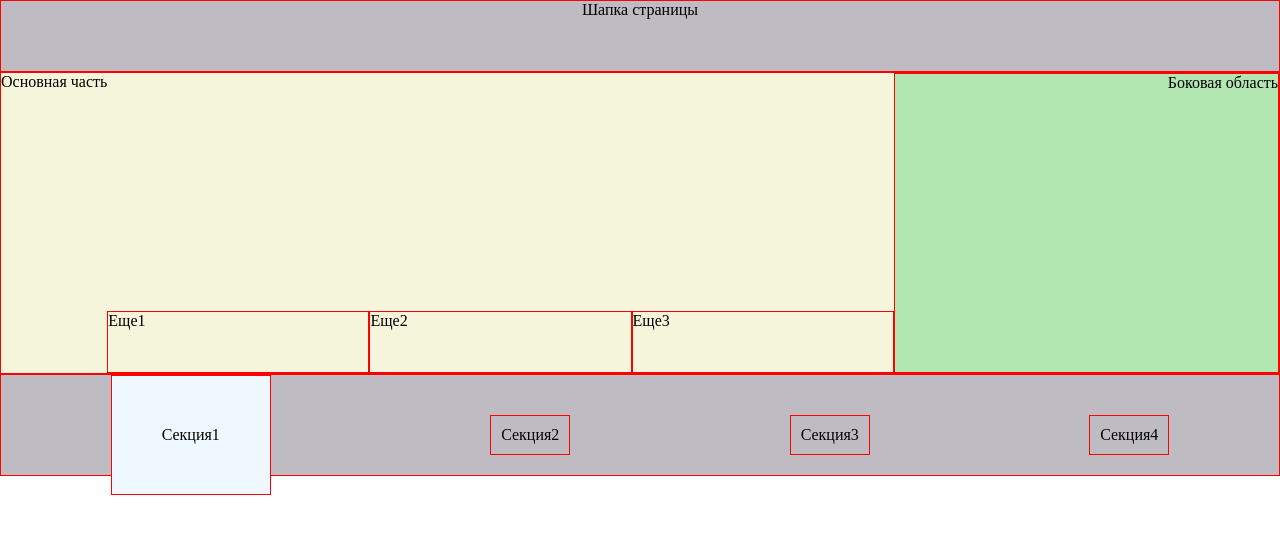
Repository: IrinaGetmanenko/week5
Page: week5/index.html
The author's editor kept a copy of each file at every save. The page is drawn from the files as they stood at one save, then again after the next save.
The browser window is 1280 px wide. The pictures show the whole page.

Above is the page before, as saved 2022-08-28 19:59:35.

### week5/index.html
<!DOCTYPE html>
<html lang="en">
<head>
    <meta charset="UTF-8">
    <meta http-equiv="X-UA-Compatible" content="IE=edge">
    <meta name="viewport" content="width=device-width, initial-scale=1.0">
    <link rel="stylesheet" href="normalize.css">
    <title>Document</title>
    <style>
    .container{
        display: flex;
        justify-content: center;
        flex-wrap: wrap;

    }

    .h1{
        display: flex;
        justify-content: center;
        border: 1px solid red;
        height: 70px;
        background-color: #bfbbc3;
    }

    .container-2{
        display: flex;
        justify-content: center;
        border: 1px solid red;
        background-color: beige;
        height: 300px;
        flex-wrap: wrap;

    }
    .section1{
        flex: auto;
        border: 1px solid red;
        align-self: flex-end;
        height: 20%;

    }
    .section2{
        flex: auto;
        border: 1px solid red;
        align-self: flex-end;
        height: 20%;
    }

    .section3{
        flex: auto;
        border: 1px solid red;
        align-self: flex-end;
        height: 20%;
    }
    .aside{
        display: flex;
        justify-content: flex-end;
        border: 1px solid red;
        background-color: rgb(178, 231, 178);
        width: 30%;



    }
    .footer{
        display: flex;
        justify-content: space-around;
        border: 1px solid red;
        height: 100px;
        background-color: #bfbbc3;
        flex-wrap: wrap;
    }
.f1{
    border: 1px solid red;
    align-self: center;
    padding: 50px;
    background-color: aliceblue;


}
.f2{
    border: 1px solid red;
    align-self: center;
    padding: 10px;
}
.f3{
    border: 1px solid red;
    align-self: center;
    padding: 10px;
}
.f4{
    border: 1px solid red;
    align-self: center;
    padding: 10px;
}
    </style>
</head>
<body class="container-1">
    <header class="h1" >Шапка страницы</header>

<main>
<main class="container-2">Основная часть
<main class="section1">Eще1</main>
<main class="section2">Еще2</main>
<main class="section3">Еще3</main>
<aside class="aside">Боковая область</aside>
</main>

</main>

<footer class="footer">
       <footer class="f1">Секция1</footer>
       <footer class="f2">Секция2</footer>
       <footer class="f3">Секция3</footer>
       <footer class="f4">Секция4</footer>
</footer>

</body>
</html>

Loaded but not shown: week5/normalize.css (library)

After the next save:
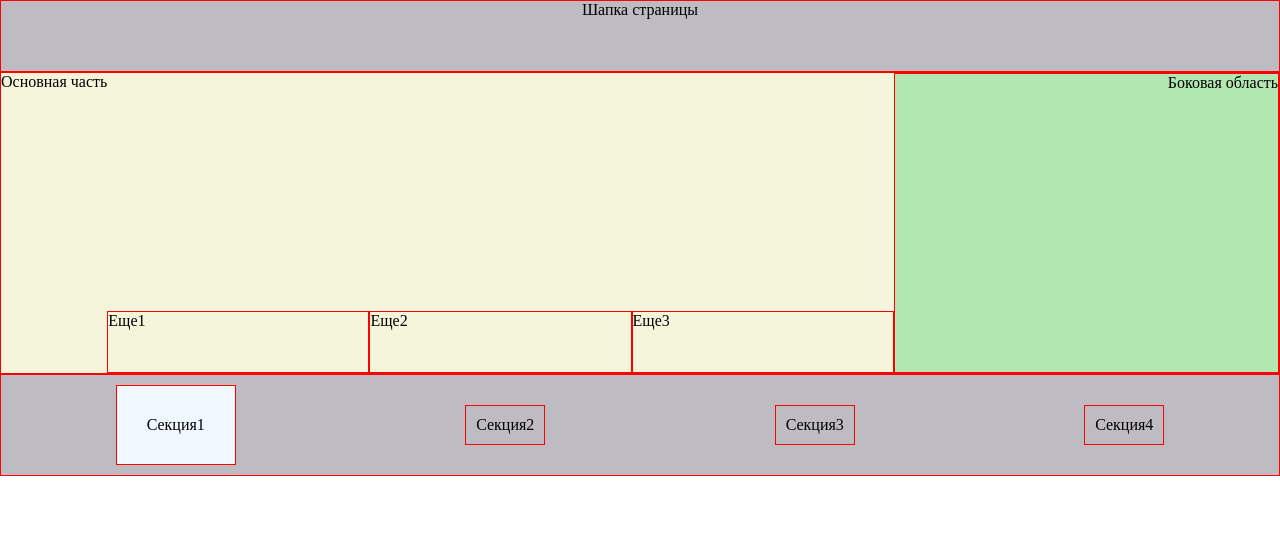
Saved 8 s later.
--- a/week5/index.html
+++ b/week5/index.html
@@ -72,7 +72,7 @@
 .f1{
     border: 1px solid red;
     align-self: center;
-    padding: 50px;
+    padding: 30px;
     background-color: aliceblue;
 
 
